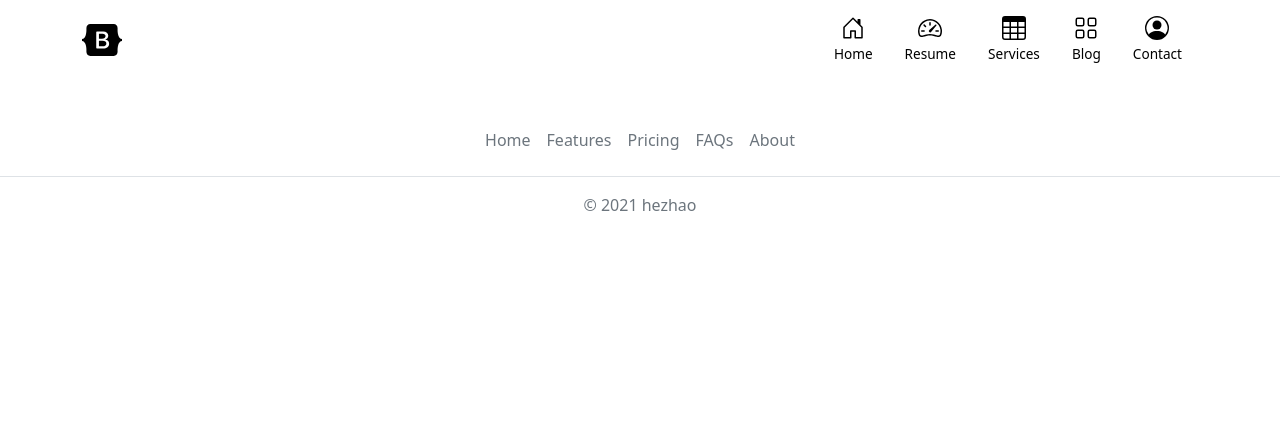
Repository: HeZhao-hugh/personal-web
Page: index.html
An editor plug-in stored every save of this project. The page is shown before and after the next save, followed by the edit.
The browser window is 1280 px wide. The pictures show the whole page.

Above is the page before, as saved 2022-01-19 17:35:48.

### index.html
<!DOCTYPE html>
<html lang="en">

<head>
    <meta charset="UTF-8">
    <meta http-equiv="X-UA-Compatible" content="IE=edge">
    <meta name="viewport" content="width=device-width, initial-scale=1.0">
    <link href="https://cdn.jsdelivr.net/npm/bootstrap@5.1.3/dist/css/bootstrap.min.css" rel="stylesheet"
        integrity="sha384-1BmE4kWBq78iYhFldvKuhfTAU6auU8tT94WrHftjDbrCEXSU1oBoqyl2QvZ6jIW3" crossorigin="anonymous">
    <script src="https://cdn.jsdelivr.net/npm/bootstrap@5.1.3/dist/js/bootstrap.bundle.min.js"
        integrity="sha384-ka7Sk0Gln4gmtz2MlQnikT1wXgYsOg+OMhuP+IlRH9sENBO0LRn5q+8nbTov4+1p" crossorigin="anonymous">
    </script>

    <!-- Custom styles for this template -->
    <link href="style.css" rel="stylesheet">
    <title>Document</title>
</head>

<body>
    <svg xmlns="http://www.w3.org/2000/svg" style="display: none;">
        <symbol id="bootstrap" viewBox="0 0 118 94">
            <title>Bootstrap</title>
            <path fill-rule="evenodd" clip-rule="evenodd"
                d="M24.509 0c-6.733 0-11.715 5.893-11.492 12.284.214 6.14-.064 14.092-2.066 20.577C8.943 39.365 5.547 43.485 0 44.014v5.972c5.547.529 8.943 4.649 10.951 11.153 2.002 6.485 2.28 14.437 2.066 20.577C12.794 88.106 17.776 94 24.51 94H93.5c6.733 0 11.714-5.893 11.491-12.284-.214-6.14.064-14.092 2.066-20.577 2.009-6.504 5.396-10.624 10.943-11.153v-5.972c-5.547-.529-8.934-4.649-10.943-11.153-2.002-6.484-2.28-14.437-2.066-20.577C105.214 5.894 100.233 0 93.5 0H24.508zM80 57.863C80 66.663 73.436 72 62.543 72H44a2 2 0 01-2-2V24a2 2 0 012-2h18.437c9.083 0 15.044 4.92 15.044 12.474 0 5.302-4.01 10.049-9.119 10.88v.277C75.317 46.394 80 51.21 80 57.863zM60.521 28.34H49.948v14.934h8.905c6.884 0 10.68-2.772 10.68-7.727 0-4.643-3.264-7.207-9.012-7.207zM49.948 49.2v16.458H60.91c7.167 0 10.964-2.876 10.964-8.281 0-5.406-3.903-8.178-11.425-8.178H49.948z">
            </path>
        </symbol>
        <symbol id="Home" viewBox="0 0 16 16">
            <path
                d="M8.354 1.146a.5.5 0 0 0-.708 0l-6 6A.5.5 0 0 0 1.5 7.5v7a.5.5 0 0 0 .5.5h4.5a.5.5 0 0 0 .5-.5v-4h2v4a.5.5 0 0 0 .5.5H14a.5.5 0 0 0 .5-.5v-7a.5.5 0 0 0-.146-.354L13 5.793V2.5a.5.5 0 0 0-.5-.5h-1a.5.5 0 0 0-.5.5v1.293L8.354 1.146zM2.5 14V7.707l5.5-5.5 5.5 5.5V14H10v-4a.5.5 0 0 0-.5-.5h-3a.5.5 0 0 0-.5.5v4H2.5z" />
        </symbol>
        <symbol id="Resume" viewBox="0 0 16 16">
            <path
                d="M8 4a.5.5 0 0 1 .5.5V6a.5.5 0 0 1-1 0V4.5A.5.5 0 0 1 8 4zM3.732 5.732a.5.5 0 0 1 .707 0l.915.914a.5.5 0 1 1-.708.708l-.914-.915a.5.5 0 0 1 0-.707zM2 10a.5.5 0 0 1 .5-.5h1.586a.5.5 0 0 1 0 1H2.5A.5.5 0 0 1 2 10zm9.5 0a.5.5 0 0 1 .5-.5h1.5a.5.5 0 0 1 0 1H12a.5.5 0 0 1-.5-.5zm.754-4.246a.389.389 0 0 0-.527-.02L7.547 9.31a.91.91 0 1 0 1.302 1.258l3.434-4.297a.389.389 0 0 0-.029-.518z" />
            <path fill-rule="evenodd"
                d="M0 10a8 8 0 1 1 15.547 2.661c-.442 1.253-1.845 1.602-2.932 1.25C11.309 13.488 9.475 13 8 13c-1.474 0-3.31.488-4.615.911-1.087.352-2.49.003-2.932-1.25A7.988 7.988 0 0 1 0 10zm8-7a7 7 0 0 0-6.603 9.329c.203.575.923.876 1.68.63C4.397 12.533 6.358 12 8 12s3.604.532 4.923.96c.757.245 1.477-.056 1.68-.631A7 7 0 0 0 8 3z" />
        </symbol>
        <symbol id="Services" viewBox="0 0 16 16">
            <path
                d="M0 2a2 2 0 0 1 2-2h12a2 2 0 0 1 2 2v12a2 2 0 0 1-2 2H2a2 2 0 0 1-2-2V2zm15 2h-4v3h4V4zm0 4h-4v3h4V8zm0 4h-4v3h3a1 1 0 0 0 1-1v-2zm-5 3v-3H6v3h4zm-5 0v-3H1v2a1 1 0 0 0 1 1h3zm-4-4h4V8H1v3zm0-4h4V4H1v3zm5-3v3h4V4H6zm4 4H6v3h4V8z" />
        </symbol>
        <symbol id="Contact" viewBox="0 0 16 16">
            <path d="M11 6a3 3 0 1 1-6 0 3 3 0 0 1 6 0z" />
            <path fill-rule="evenodd"
                d="M0 8a8 8 0 1 1 16 0A8 8 0 0 1 0 8zm8-7a7 7 0 0 0-5.468 11.37C3.242 11.226 4.805 10 8 10s4.757 1.225 5.468 2.37A7 7 0 0 0 8 1z" />
        </symbol>
        <symbol id="Blog" viewBox="0 0 16 16">
            <path
                d="M1 2.5A1.5 1.5 0 0 1 2.5 1h3A1.5 1.5 0 0 1 7 2.5v3A1.5 1.5 0 0 1 5.5 7h-3A1.5 1.5 0 0 1 1 5.5v-3zM2.5 2a.5.5 0 0 0-.5.5v3a.5.5 0 0 0 .5.5h3a.5.5 0 0 0 .5-.5v-3a.5.5 0 0 0-.5-.5h-3zm6.5.5A1.5 1.5 0 0 1 10.5 1h3A1.5 1.5 0 0 1 15 2.5v3A1.5 1.5 0 0 1 13.5 7h-3A1.5 1.5 0 0 1 9 5.5v-3zm1.5-.5a.5.5 0 0 0-.5.5v3a.5.5 0 0 0 .5.5h3a.5.5 0 0 0 .5-.5v-3a.5.5 0 0 0-.5-.5h-3zM1 10.5A1.5 1.5 0 0 1 2.5 9h3A1.5 1.5 0 0 1 7 10.5v3A1.5 1.5 0 0 1 5.5 15h-3A1.5 1.5 0 0 1 1 13.5v-3zm1.5-.5a.5.5 0 0 0-.5.5v3a.5.5 0 0 0 .5.5h3a.5.5 0 0 0 .5-.5v-3a.5.5 0 0 0-.5-.5h-3zm6.5.5A1.5 1.5 0 0 1 10.5 9h3a1.5 1.5 0 0 1 1.5 1.5v3a1.5 1.5 0 0 1-1.5 1.5h-3A1.5 1.5 0 0 1 9 13.5v-3zm1.5-.5a.5.5 0 0 0-.5.5v3a.5.5 0 0 0 .5.5h3a.5.5 0 0 0 .5-.5v-3a.5.5 0 0 0-.5-.5h-3z" />
        </symbol>
    </svg>

    <main>

        <header>
            <div class="px-5 py-2 bg-white text-black">
                <div class="container">
                    <div class="d-flex flex-wrap align-items-center justify-content-center justify-content-lg-start">
                        <a href="/"
                            class="d-flex align-items-center my-2 my-lg-0 me-lg-auto text-black text-decoration-none">
                            <svg class="bi me-2" width="40" height="32" role="img" aria-label="Bootstrap">
                                <use href="#bootstrap" /></svg>
                        </a>

                        <ul class="nav col-12 col-lg-auto my-2 justify-content-center my-md-0 text-small">
                            <li>
                                <a href="#" class="nav-link text-black">
                                    <svg class="bi d-block mx-auto mb-1" width="24" height="24">
                                        <use href="#Home" /></svg>
                                    Home
                                </a>
                            </li>
                            <li>
                                <a href="#" class="nav-link text-black">
                                    <svg class="bi d-block mx-auto mb-1" width="24" height="24">
                                        <use href="#Resume" /></svg>
                                    Resume
                                </a>
                            </li>
                            <li>
                                <a href="#" class="nav-link text-black">
                                    <svg class="bi d-block mx-auto mb-1" width="24" height="24">
                                        <use href="#Services" /></svg>
                                    Services
                                </a>
                            </li>

                            <li>
                                <a href="#" class="nav-link text-black">
                                    <svg class="bi d-block mx-auto mb-1" width="24" height="24">
                                        <use href="#Blog" /></svg>
                                    Blog
                                </a>
                            </li>
                            <li>
                                <a href="#" class="nav-link text-black">
                                    <svg class="bi d-block mx-auto mb-1" width="24" height="24">
                                        <use href="#Contact" /></svg>
                                    Contact
                                </a>
                            </li>
                        </ul>
                    </div>
                </div>
            </div>
        </header>
        <div class="pages">

        </div>


        <footer class="py-3 my-4">
            <ul class="nav justify-content-center border-bottom pb-3 mb-3">
                <li class="nav-item"><a href="#" class="nav-link px-2 text-muted">Home</a></li>
                <li class="nav-item"><a href="#" class="nav-link px-2 text-muted">Features</a></li>
                <li class="nav-item"><a href="#" class="nav-link px-2 text-muted">Pricing</a></li>
                <li class="nav-item"><a href="#" class="nav-link px-2 text-muted">FAQs</a></li>
                <li class="nav-item"><a href="#" class="nav-link px-2 text-muted">About</a></li>
            </ul>
            <p class="text-center text-muted">&copy; 2021 hezhao</p>
        </footer>

    </main>
</body>

</html>

### style.css

  .form-control-dark {
    color: #fff;
    background-color: var(--bs-dark);
    border-color: var(--bs-gray);
  }
  .form-control-dark:focus {
    color: #fff;
    background-color: var(--bs-dark);
    border-color: #fff;
    box-shadow: 0 0 0 .25rem rgba(255, 255, 255, .25);
  }

  .bi {
    vertical-align: -.125em;
    fill: currentColor;
  }

  .text-small {
    font-size: 85%;
  }

  .dropdown-toggle {
    outline: 0;
  }

After the next save:
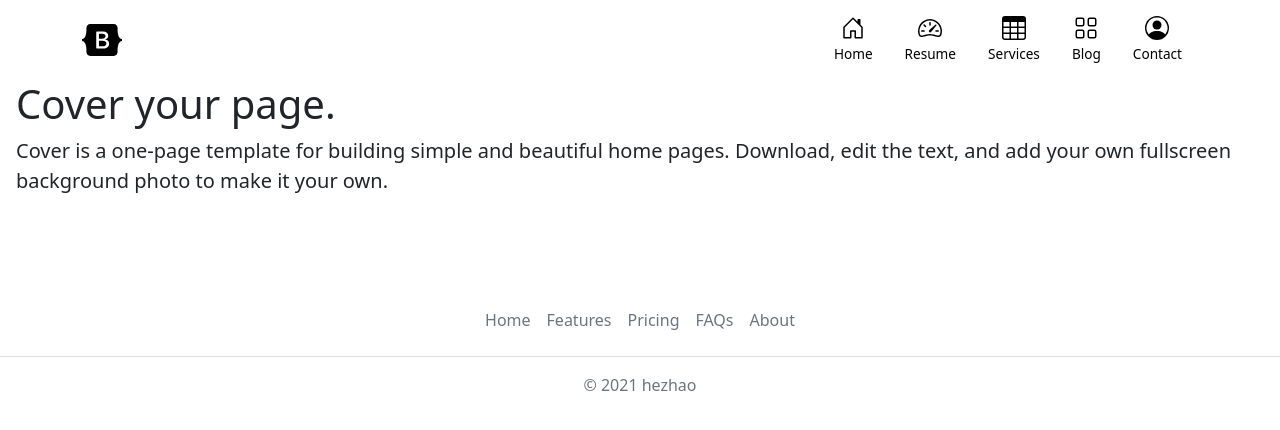
Saved 3 min 49 s later.
--- a/index.html
+++ b/index.html
@@ -104,7 +104,14 @@
             </div>
         </header>
         <div class="pages">
-
+            <main class="px-3">
+                <h1>Cover your page.</h1>
+                <p class="lead">Cover is a one-page template for building simple and beautiful home pages. Download,
+                    edit the text, and add your own fullscreen background photo to make it your own.</p>
+                <p class="lead">
+                    <a href="#" class="btn btn-lg btn-secondary fw-bold border-white bg-white">Learn more</a>
+                </p>
+            </main>
         </div>
 
 

After the save that followed:
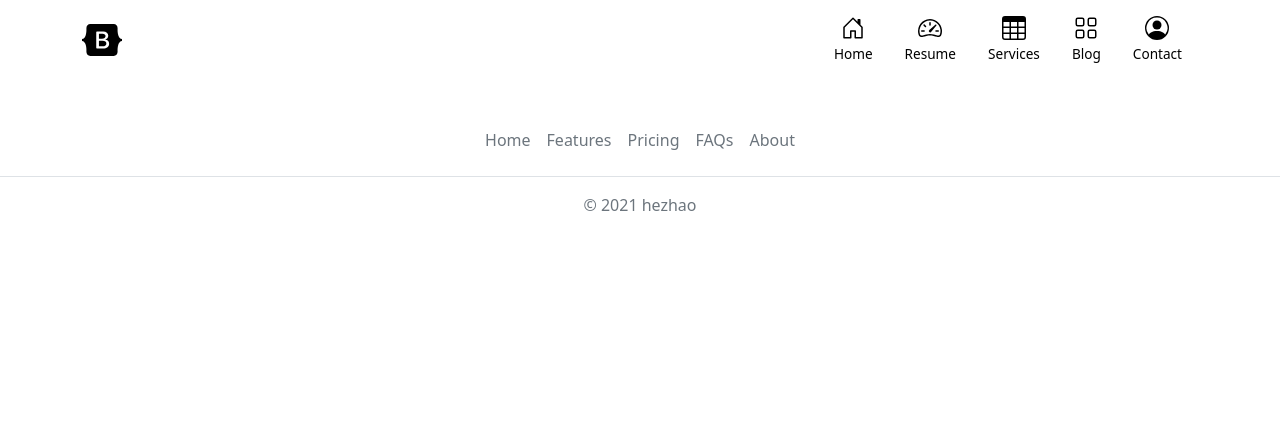
Saved 92 s later.
--- a/index.html
+++ b/index.html
@@ -104,14 +104,7 @@
             </div>
         </header>
         <div class="pages">
-            <main class="px-3">
-                <h1>Cover your page.</h1>
-                <p class="lead">Cover is a one-page template for building simple and beautiful home pages. Download,
-                    edit the text, and add your own fullscreen background photo to make it your own.</p>
-                <p class="lead">
-                    <a href="#" class="btn btn-lg btn-secondary fw-bold border-white bg-white">Learn more</a>
-                </p>
-            </main>
+
         </div>
 
 
